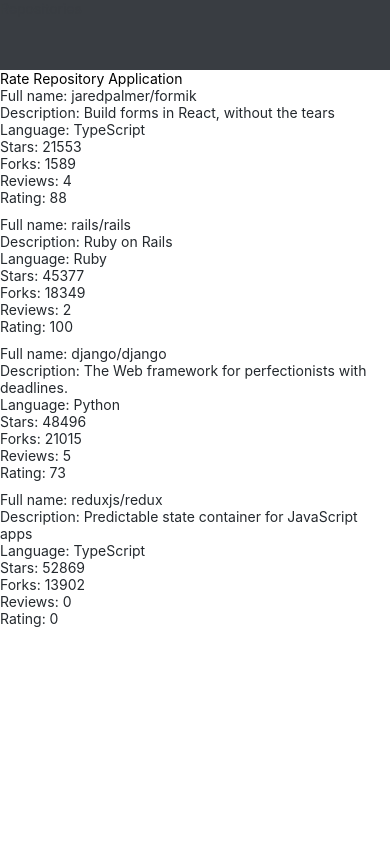
Repository: OrmeSile/react-native-FSO
Screen: / (app in rate-repository-app/)
The author's editor kept a copy of each file at every save. The screen is drawn from the files as they stood at one save, then again after a run of saves.
The app was drawn by React Native's web renderer in a window 390 px wide. The project was rebuilt for these pictures with package versions that can differ from the ones it lists, and the page was loaded fresh each time. Some packages were replaced by stand-ins written for this rebuild.

Above is the screen before, as saved 2022-05-15 16:35:19.

### rate-repository-app/src/components/Main.jsx
import { Text, StyleSheet, View } from 'react-native';
import AppBar from './AppBar';
import RepositoryList from './RepositoryList';

const styles = StyleSheet.create({
  container: {
    flexGrow: 1,
    flexShrink: 1,
  },
});

const Main = () => {
  return (
    <View style={styles.container}>
      <AppBar/>
      <Text>Rate Repository Application</Text>
        <RepositoryList />
    </View>
  );
};

export default Main;

### rate-repository-app/src/components/AppBar.jsx
import { View, StyleSheet, Pressable } from 'react-native';
import Text from './Text';
import Constants from 'expo-constants';
import theme from '../theme';

const styles = StyleSheet.create({
  container: {
    paddingTop: Constants.statusBarHeight,
    height: 70,
    backgroundColor: theme.colors.appBarBackgroundColor,
    opacity: 0.9
  },
  pressableTab: {
    backgroundColor: theme.colors.primary
  }
});

const AppBar = () => {
  return <View style={styles.container}>
    <Pressable>
      <Text>Repositories</Text>
    </Pressable>
  </View>;
};

export default AppBar;

### rate-repository-app/src/components/RepositoryList.jsx
import { FlatList, View, StyleSheet } from 'react-native';
import RepositoryItem from './RepositoryItem';

const styles = StyleSheet.create({
  separator: {
    height: 10,
  },
});

const repositories = [
  {
    id: 'jaredpalmer.formik',
    fullName: 'jaredpalmer/formik',
    description: 'Build forms in React, without the tears',
    language: 'TypeScript',
    forksCount: 1589,
    stargazersCount: 21553,
    ratingAverage: 88,
    reviewCount: 4,
    ownerAvatarUrl: 'https://avatars2.githubusercontent.com/u/4060187?v=4',
  },
  {
    id: 'rails.rails',
    fullName: 'rails/rails',
    description: 'Ruby on Rails',
    language: 'Ruby',
    forksCount: 18349,
    stargazersCount: 45377,
    ratingAverage: 100,
    reviewCount: 2,
    ownerAvatarUrl: 'https://avatars1.githubusercontent.com/u/4223?v=4',
  },
  {
    id: 'django.django',
    fullName: 'django/django',
    description: 'The Web framework for perfectionists with deadlines.',
    language: 'Python',
    forksCount: 21015,
    stargazersCount: 48496,
    ratingAverage: 73,
    reviewCount: 5,
    ownerAvatarUrl: 'https://avatars2.githubusercontent.com/u/27804?v=4',
  },
  {
    id: 'reduxjs.redux',
    fullName: 'reduxjs/redux',
    description: 'Predictable state container for JavaScript apps',
    language: 'TypeScript',
    forksCount: 13902,
    stargazersCount: 52869,
    ratingAverage: 0,
    reviewCount: 0,
    ownerAvatarUrl: 'https://avatars3.githubusercontent.com/u/13142323?v=4',
  },
];

const ItemSeparator = () => <View style={styles.separator} />;

const RepositoryList = () => {
  return (
    <FlatList
      data={repositories}
      ItemSeparatorComponent={ItemSeparator}
      renderItem={({ item }) => (
        <RepositoryItem key={item.id} item={item}/>
      )}
    />
  );
};

export default RepositoryList;

### rate-repository-app/src/components/Text.jsx
import { Text as NativeText, StyleSheet } from 'react-native';

import theme from '../theme';

const styles = StyleSheet.create({
  text: {
    color: theme.colors.textPrimary,
    fontSize: theme.fontSizes.body,
    fontFamily: theme.fonts.main,
    fontWeight: theme.fontWeights.normal,
  },
  colorTextSecondary: {
    color: theme.colors.textSecondary,
  },
  colorPrimary: {
    color: theme.colors.primary,
  },
  fontSizeSubheading: {
    fontSize: theme.fontSizes.subheading,
  },
  fontWeightBold: {
    fontWeight: theme.fontWeights.bold,
  },
});

const Text = ({ color, fontSize, fontWeight, style, ...props }) => {
  const textStyle = [
    styles.text,
    color === 'textSecondary' && styles.colorTextSecondary,
    color === 'primary' && styles.colorPrimary,
    fontSize === 'subheading' && styles.fontSizeSubheading,
    fontWeight === 'bold' && styles.fontWeightBold,
    style,
  ];

  return <NativeText style={textStyle} {...props} />;
};

export default Text;

### rate-repository-app/src/theme.js
const theme = {
  colors: {
    textPrimary: '#24292e',
    textSecondary: '#586069',
    primary: '#0366d6',
    appBarBackgroundColor: '#24292e'
  },
  fontSizes: {
    body: 14,
    subheading: 16,
  },
  fonts: {
    main: 'System',
  },
  fontWeights: {
    normal: '400',
    bold: '700',
  },
};

export default theme;

### rate-repository-app/src/components/RepositoryItem.jsx
import { View } from 'react-native';
import Text from './Text';

const RepositoryItem = ({ item }) => {
  return (
    <View>
      <Text>Full name: {item.fullName}</Text>
      <Text>Description: {item.description}</Text>
      <Text>Language: {item.language}</Text>
      <Text>Stars: {item.stargazersCount}</Text>
      <Text>Forks: {item.forksCount}</Text>
      <Text>Reviews: {item.reviewCount}</Text>
      <Text>Rating: {item.ratingAverage}</Text>
    </View>
  );
};

export default RepositoryItem;

Loaded but not shown: rate-repository-app/App.js (common file)

After the next 3 saves:
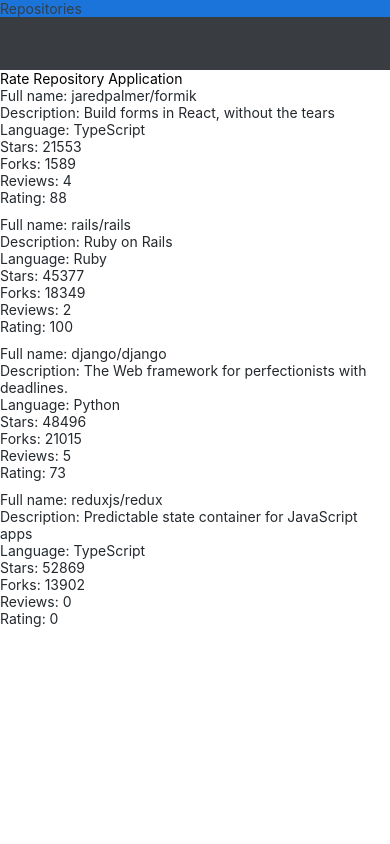
The 3 saves are shown as one change because 1 did not build or start and some came seconds apart.
The last was saved 18 s later.
--- a/rate-repository-app/src/components/AppBar.jsx
+++ b/rate-repository-app/src/components/AppBar.jsx
@@ -17,7 +17,7 @@
 
 const AppBar = () => {
   return <View style={styles.container}>
-    <Pressable>
+    <Pressable style={styles.pressableTab}>
       <Text>Repositories</Text>
     </Pressable>
   </View>;
